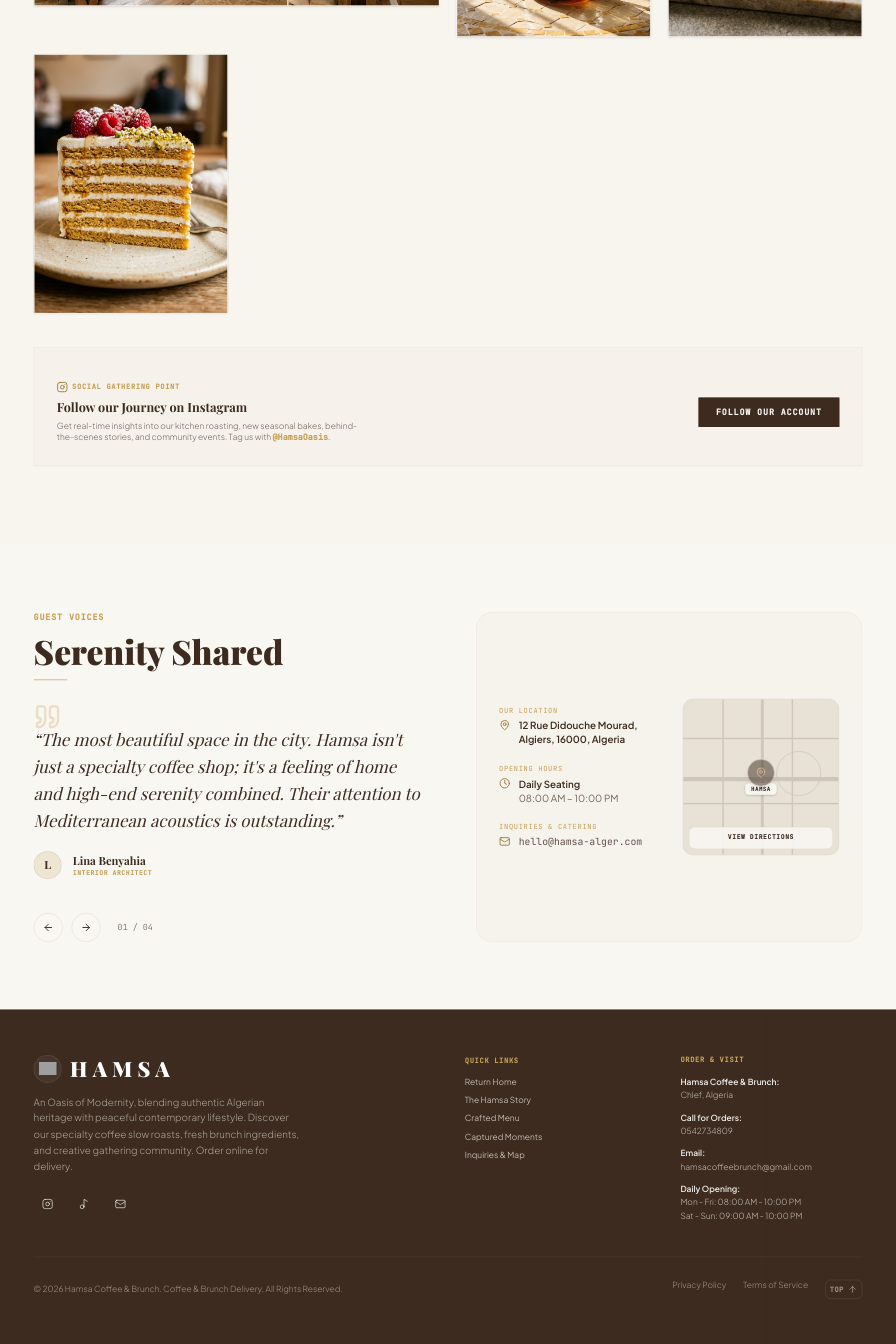
Repository: sehabiissam/hamsa-coffee
Page: /
An editor plug-in stored every save of this project. The page is shown before and after the next save, followed by the edit.
The browser window is 1280 px wide. The pictures show the part of the page from y = 3740 to 5660 px (the page is 5660 px tall), at 70% of full size.
Pictures or frames that could not be fetched are drawn as grey boxes. Some web fonts or font styles are not loaded; a fallback is used. The project was rebuilt for these pictures with package versions that can differ from the ones it lists, and the page was loaded fresh each time. Also part of the build but not shown: vite.config.ts, src/components/ContactSection.tsx.

Above is the page before, as saved 2026-06-13 18:12:38.

### index.html
<!doctype html>
<html lang="en">
  <head>
    <meta charset="UTF-8" />
    <meta name="viewport" content="width=device-width, initial-scale=1.0" />
    <meta name="description" content="Hamsa Coffee & Brunch – Coffee & Brunch Delivery in Chlef, Algeria. Order online for specialty coffee, artisan brunch, and premium delivery service." />
    <meta property="og:title" content="Hamsa Coffee & Brunch | Chlef, Algeria" />
    <meta property="og:description" content="Premium coffee and brunch delivery in Chlef, Algeria. Order online for artisan dishes, specialty coffee, and a taste of Algerian hospitality delivered to your door." />
    <meta property="og:type" content="website" />
    <meta property="og:url" content="https://hamsacoffee.com" />
    <meta property="og:image" content="https://www.image2url.com/r2/default/images/1781256952135-5d06d409-8c73-4a11-b0ec-98f0924d08d3.png" />
    <link rel="icon" type="image/png" href="https://www.image2url.com/r2/default/images/1781256952135-5d06d409-8c73-4a11-b0ec-98f0924d08d3.png" />
    <title>Hamsa Coffee & Brunch | Coffee & Brunch Delivery in Chlef</title>
    <script type="application/ld+json">
    {
      "@context": "https://schema.org",
      "@type": "Restaurant",
      "name": "Hamsa Coffee & Brunch",
      "image": "https://www.image2url.com/r2/default/images/1781256952135-5d06d409-8c73-4a11-b0ec-98f0924d08d3.png",
      "url": "https://hamsacoffee.com",
      "telephone": "+213542734809",
      "servesCuisine": ["Coffee", "Brunch", "Algerian", "Mediterranean"],
      "priceRange": "$$",
      "address": {
        "@type": "PostalAddress",
        "addressLocality": "Chlef",
        "addressCountry": "DZ"
      },
      "geo": {
        "@type": "GeoCoordinates",
        "latitude": "36.1618602",
        "longitude": "1.3284987"
      },
      "makesOffer": {
        "@type": "Offer",
        "itemOffered": {
          "@type": "Service",
          "name": "Coffee & Brunch Delivery",
          "description": "Order online for premium coffee and brunch delivery in Chlef, Algeria."
        }
      }
    }
    </script>
  </head>
  <body>
    <div id="root"></div>
    <script type="module" src="/src/main.tsx"></script>
  </body>
</html>

### src/main.tsx
import {StrictMode} from 'react';
import {createRoot} from 'react-dom/client';
import App from './App.tsx';
import './index.css';

createRoot(document.getElementById('root')!).render(
  <StrictMode>
    <App />
  </StrictMode>,
);

### src/index.css
@import url('https://fonts.googleapis.com/css2?family=Playfair+Display:ital,wght@0,400..900;1,400..900&family=Plus+Jakarta+Sans:wght@300;400;500;600;700&family=JetBrains+Mono:wght@300;400;500&display=swap');
@import "tailwindcss";

@layer base {
  :root {
    --color-cream: #F9F7F2;
    --color-beige: #E8E2D6;
    --color-sand: rgba(61, 43, 31, 0.1);
    --color-sand-dark: #C5A059;
    --color-espresso: #3D2B1F;
    --color-charcoal: #1A1A1A;
    --color-gold: #C5A059;
    --color-gold-light: #F0E9DC;
  }

  body {
    background-color: var(--color-cream);
    color: var(--color-espresso);
    font-family: 'Plus Jakarta Sans', sans-serif;
    overflow-x: hidden;
  }

  h1, h2, h3, h4, h5, h6 {
    font-family: 'Playfair Display', serif;
  }

  .font-mono {
    font-family: 'JetBrains Mono', monospace;
  }
}

@theme {
  --font-sans: "Plus Jakarta Sans", ui-sans-serif, system-ui, sans-serif;
  --font-serif: "Playfair Display", ui-serif, Georgia, serif;
  --font-mono: "JetBrains Mono", ui-monospace, SFMono-Regular, monospace;

  --color-cream: #F9F7F2;
  --color-beige: #E8E2D6;
  --color-sand: rgba(61, 43, 31, 0.1);
  --color-sand-dark: #C5A059;
  --color-espresso: #3D2B1F;
  --color-charcoal: #1A1A1A;
  --color-gold: #C5A059;
  --color-gold-muted: #9C7C3C;
  --color-gold-light: #F0E9DC;
}

/* Custom scrollbar to keep layout premium */
::-webkit-scrollbar {
  width: 6px;
}
::-webkit-scrollbar-track {
  background: #FDFBF7;
}
::-webkit-scrollbar-thumb {
  background: #C6AC8F;
  border-radius: 3px;
}
::-webkit-scrollbar-thumb:hover {
  background: #2C1A11;
}

/* Smooth motion elements */
.smooth-transition {
  transition: all 0.5s cubic-bezier(0.16, 1, 0.3, 1);
}

/* Soft gold glow */
.gold-glow {
  box-shadow: 0 0 15px rgba(212, 175, 55, 0.15);
}

.gold-border {
  border-color: rgba(212, 175, 55, 0.2);
}

/* Infinite Marquee Scrolling */
@keyframes marquee {
  0% { transform: translateX(0); }
  100% { transform: translateX(-50%); }
}

.animate-marquee {
  display: flex;
  width: max-content;
  animation: marquee 35s linear infinite;
}

### src/components/Features.tsx
/**
 * @license
 * SPDX-License-Identifier: Apache-2.0
 */

import { Coffee, GraduationCap, Compass, HelpCircle, Heart, Zap, Sparkles } from 'lucide-react';
import { motion } from 'motion/react';

export default function Features() {
  const cards = [
    {
      icon: Coffee,
      title: 'Direct Trade Beans',
      desc: 'We buy directly from high-altitude farmers in North Africa, East Africa, and Latin America, paying an average of 45% above Fair Trade rates to ensure ethical crops and unmatched micro-lot quality.',
    },
    {
      icon: Zap,
      title: 'Creative Hub',
      desc: 'An inspiring, sunlit environment meticulously arranged for modern nomads and creative minds. Features high-speed fiber-optic connections, abundant charging docks, and quiet acoustic zones.',
    },
    {
      icon: Compass,
      title: 'Sensory Design',
      desc: 'From custom-engineered acoustics that dampen chatter noise, to signature diffuses of orange blossom and jasmine oil, every corner is curated to provide a centering rest space.',
    },
  ];

  return (
    <section className="relative py-20 lg:py-24 bg-espresso text-cream overflow-hidden">
      {/* Tiny light particles background */}
      <div className="absolute inset-0 bg-[radial-gradient(ellipse_at_center,_var(--tw-gradient-stops))] from-charcoal/30 via-transparent to-transparent pointer-events-none" />

      {/* Traditional tile geometry lines in the background */}
      <div className="absolute top-0 bottom-0 left-0 right-0 opacity-[0.02] bg-[linear-gradient(rgba(253,251,247,0.1)_1px,transparent_1px),linear-gradient(90deg,rgba(253,251,247,0.1)_1px,transparent_1px)] bg-[size:48px_48px] pointer-events-none" />

      <div className="max-w-7xl mx-auto px-6 md:px-12 relative z-10">

        <div className="grid grid-cols-1 lg:grid-cols-12 gap-12 items-center">

          {/* Left block title */}
          <div className="lg:col-span-4 text-left space-y-4">
            <span className="font-mono text-xs text-gold tracking-widest uppercase font-semibold flex items-center gap-2">
              <Sparkles className="w-3.5 h-3.5" /> Est. 2024
            </span>
            <h2 className="font-serif text-3xl sm:text-4xl lg:text-5xl font-black text-white leading-tight">
              Why We Are <br />
              <span className="text-gold italic font-normal">Different</span>
            </h2>
            <p className="text-cream/70 text-sm md:text-base font-light leading-relaxed">
              Our uncompromising commitment to exceptional craftsmanship goes far beyond basic roasting. We cultivate an upscale space where North African culture and sensory modern luxury intersect beautifully.
            </p>
          </div>

          {/* Right cards grid */}
          <div className="lg:col-span-8 grid grid-cols-1 md:grid-cols-3 gap-6">
            {cards.map((card, idx) => {
              const IconComp = card.icon;
              return (
                <motion.div
                  key={idx}
                  initial={{ opacity: 0, y: 30 }}
                  whileInView={{ opacity: 1, y: 0 }}
                  viewport={{ once: true, margin: '-50px' }}
                  transition={{ duration: 0.6, delay: idx * 0.15 }}
                  className="bg-charcoal/40 border border-sand/10 p-6 md:p-8 rounded-2xl text-left hover:border-gold/30 hover:bg-charcoal/60 smooth-transition flex flex-col justify-between group h-full relative"
                >
                  {/* Glowing gold dot trend */}
                  <div className="absolute top-4 right-4 w-1.5 h-1.5 rounded-full bg-gold/10 group-hover:bg-gold opacity-0 group-hover:opacity-100 smooth-transition" />

                  <div className="space-y-4">
                    <div className="w-12 h-12 bg-cream/5 rounded-xl border border-sand/10 text-gold flex items-center justify-center group-hover:bg-gold group-hover:text-espresso smooth-transition">
                      <IconComp className="w-5 h-5" />
                    </div>
                    <h3 className="font-serif text-lg font-bold text-white group-hover:text-gold smooth-transition">
                      {card.title}
                    </h3>
                    <p className="text-cream/60 group-hover:text-cream/90 text-xs md:text-sm leading-relaxed font-light smooth-transition">
                      {card.desc}
                    </p>
                  </div>
                </motion.div>
              );
            })}
          </div>

        </div>

      </div>
    </section>
  );
}

### src/components/Testimonials.tsx
/**
 * @license
 * SPDX-License-Identifier: Apache-2.0
 */

import { useState } from 'react';
import { TESTIMONIALS } from '../data';
import { Quote, ArrowLeft, ArrowRight, MapPin, Clock, Mail, ShieldAlert, Sparkles } from 'lucide-react';
import { motion, AnimatePresence } from 'motion/react';

export default function Testimonials() {
  const [activeIdx, setActiveIdx] = useState(0);

  const prevSlide = () => {
    setActiveIdx(prev => (prev - 1 + TESTIMONIALS.length) % TESTIMONIALS.length);
  };

  const nextSlide = () => {
    setActiveIdx(prev => (prev + 1) % TESTIMONIALS.length);
  };

  return (
    <section className="py-20 lg:py-24 bg-cream relative overflow-hidden">
      <div className="max-w-7xl mx-auto px-6 md:px-12 relative z-10">

        <div className="grid grid-cols-1 lg:grid-cols-12 gap-12 lg:gap-20 items-stretch">

          {/* Left Column: Guest Carousel Reviews (matches image 1 layout) */}
          <div className="lg:col-span-6 flex flex-col justify-between text-left space-y-8">
            <div className="space-y-4">
              <span className="font-mono text-xs text-gold tracking-widest uppercase font-semibold block">Guest Voices</span>
              <h2 className="font-serif text-3xl sm:text-4xl lg:text-5xl font-black text-espresso">
                Serenity Shared
              </h2>
              <div className="w-12 h-0.5 bg-gold/50" />
            </div>

            {/* Testimonial Active Slide with quotes */}
            <div className="relative min-h-[160px] md:min-h-[180px] flex items-center">
              <AnimatePresence mode="wait">
                <motion.div
                  key={activeIdx}
                  initial={{ opacity: 0, x: 15 }}
                  animate={{ opacity: 1, x: 0 }}
                  exit={{ opacity: 0, x: -15 }}
                  transition={{ duration: 0.4 }}
                  className="space-y-6"
                >
                  <Quote className="w-10 h-10 text-gold/30 -mb-2" />
                  <p className="font-serif text-xl sm:text-2xl italic text-espresso leading-relaxed font-light">
                    &ldquo;{TESTIMONIALS[activeIdx].content}&rdquo;
                  </p>

                  {/* Speaker Details */}
                  <div className="flex items-center gap-4">
                    <div className="w-10 h-10 rounded-full bg-sand-dark/20 text-espresso font-serif flex items-center justify-center font-bold border border-sand">
                      {TESTIMONIALS[activeIdx].name.charAt(0)}
                    </div>
                    <div>
                      <h4 className="font-serif text-base font-bold text-espresso">
                        {TESTIMONIALS[activeIdx].name}
                      </h4>
                      <p className="font-mono text-[9px] text-gold tracking-widest uppercase font-semibold">
                        {TESTIMONIALS[activeIdx].role}
                      </p>
                    </div>
                  </div>
                </motion.div>
              </AnimatePresence>
            </div>

            {/* Carousel Controls */}
            <div className="flex items-center gap-3 pt-4">
              <button
                onClick={prevSlide}
                className="p-3 border border-sand hover:border-espresso hover:bg-beige text-espresso rounded-full smooth-transition cursor-pointer"
                aria-label="Previous testimonial"
              >
                <ArrowLeft className="w-4 h-4" />
              </button>
              <button
                onClick={nextSlide}
                className="p-3 border border-sand hover:border-espresso hover:bg-beige text-espresso rounded-full smooth-transition cursor-pointer"
                aria-label="Next testimonial"
              >
                <ArrowRight className="w-4 h-4" />
              </button>
              <span className="text-xs font-mono text-espresso/60 ml-3">
                0{activeIdx + 1} / 0{TESTIMONIALS.length}
              </span>
            </div>
          </div>

          {/* Right Column: Location Coordinates Block (matches image 1 layout) */}
          <div className="lg:col-span-6 bg-beige/20 border border-sand/40 rounded-3xl p-6 md:p-8 flex flex-col md:flex-row gap-6 lg:gap-8 items-center hover:shadow-lg smooth-transition">

            {/* Quick Location items */}
            <div className="space-y-6 text-left flex-1">
              <div>
                <span className="font-mono text-[10px] text-gold tracking-widest uppercase block mb-1">Our Location</span>
                <div className="flex gap-3">
                  <MapPin className="w-4 h-4 text-gold-muted mt-0.5 flex-shrink-0" />
                  <p className="text-sm font-semibold text-espresso">
                    12 Rue Didouche Mourad, <br />
                    Algiers, 16000, Algeria
                  </p>
                </div>
              </div>

              <div>
                <span className="font-mono text-[10px] text-gold tracking-widest uppercase block mb-1">Opening Hours</span>
                <div className="flex gap-3">
                  <Clock className="w-4 h-4 text-gold-muted mt-0.5 flex-shrink-0" />
                  <div className="text-sm">
                    <span className="font-semibold block text-espresso">Daily Seating</span>
                    <span className="text-espresso/70">08:00 AM – 10:00 PM</span>
                  </div>
                </div>
              </div>

              <div>
                <span className="font-mono text-[10px] text-gold tracking-widest uppercase block mb-1">Inquiries & Catering</span>
                <div className="flex gap-3">
                  <Mail className="w-4 h-4 text-gold-muted mt-0.5 flex-shrink-0" />
                  <span className="text-sm font-mono text-espresso/80">hello@hamsa-alger.com</span>
                </div>
              </div>
            </div>

            {/* Custom minimalist map visual drawn in high luxury aesthetic */}
            <div className="w-full md:w-56 aspect-square bg-beige rounded-2xl border border-sand/30 overflow-hidden relative flex items-center justify-center">
              {/* Absract minimalist street grid maps background overlay */}
              <div className="absolute inset-0 opacity-15 pointer-events-none">
                {/* Horizontal & Vertical crossing lines representing streets block */}
                <div className="absolute top-1/4 left-0 right-0 h-0.5 bg-espresso" />
                <div className="absolute top-2/3 left-0 right-0 h-0.5 bg-espresso" />
                <div className="absolute top-1/2 left-0 right-0 h-1.5 bg-espresso" />
                <div className="absolute left-1/4 top-0 bottom-0 w-0.5 bg-espresso" />
                <div className="absolute left-[70%] top-0 bottom-0 w-0.5 bg-espresso" />
                <div className="absolute left-1/2 top-0 bottom-0 w-1 bg-espresso" />
                {/* Circular park detail */}
                <div className="absolute top-1/3 left-[60%] w-16 h-16 rounded-full border border-espresso" />
              </div>

              {/* Central Map Marker */}
              <div className="relative z-10 flex flex-col items-center">
                <div className="w-10 h-10 rounded-full bg-espresso text-gold flex items-center justify-center shadow-lg border border-gold-light p-1.5 animate-pulse">
                  <MapPin className="w-4 h-4" />
                </div>
                <span className="font-mono bg-cream text-[8px] font-bold tracking-widest uppercase text-espresso px-2 py-0.5 border border-sand rounded-md -mt-1.5 shadow-sm">
                  HAMSA
                </span>
              </div>

              {/* Map Footer label */}
              <div className="absolute bottom-2 left-2 right-2 text-center">
                <a
                  href="https://maps.google.com"
                  target="_blank"
                  rel="noreferrer"
                  className="block w-full py-2 bg-cream/90 hover:bg-cream border border-sand text-[9px] font-mono tracking-widest uppercase font-extrabold text-espresso rounded-lg smooth-transition"
                >
                  View Directions
                </a>
              </div>
            </div>

          </div>

        </div>

      </div>
    </section>
  );
}

### src/components/MobileDock.tsx
/**
 * @license
 * SPDX-License-Identifier: Apache-2.0
 */

import { Home, Coffee, Image, MapPin, ShoppingBag } from 'lucide-react';
import { Page } from '../types';

interface MobileDockProps {
  currentPage: Page;
  setCurrentPage: (page: Page) => void;
  onOpenOrder: () => void;
}

export default function MobileDock({ currentPage, setCurrentPage, onOpenOrder }: MobileDockProps) {
  const dockItems: { label: string; page: Page; icon: any }[] = [
    { label: 'HOME', page: 'home', icon: Home },
    { label: 'MENU', page: 'menu', icon: Coffee },
    { label: 'GALLERY', page: 'gallery', icon: Image },
    { label: 'CONTACT', page: 'contact', icon: MapPin },
  ];

  const handleDockClick = (page: Page) => {
    setCurrentPage(page);
    window.scrollTo({ top: 0, behavior: 'smooth' });
  };

  return (
    <div className="md:hidden fixed bottom-6 left-4 right-4 z-40 bg-charcoal/95 backdrop-blur-md border border-white/10 rounded-2xl p-3 px-4 shadow-2xl flex justify-between items-center max-w-md mx-auto">
      {/* Home & Menu Left Actions */}
      <div className="flex gap-4 items-center w-5/12 justify-around">
        {dockItems.slice(0, 2).map(item => {
          const IconComp = item.icon;
          const isActive = currentPage === item.page;
          return (
            <button
              key={item.page}
              onClick={() => handleDockClick(item.page)}
              className="flex flex-col items-center gap-1 cursor-pointer"
            >
              <IconComp className={`w-5 h-5 smooth-transition ${isActive ? 'text-gold' : 'text-cream/55'}`} />
              <span className={`text-[8px] font-mono tracking-widest font-bold ${isActive ? 'text-gold' : 'text-cream/40'}`}>
                {item.label}
              </span>
            </button>
          );
        })}
      </div>

      {/* Raised Centerpiece Gilded Order Button */}
      <div className="absolute -top-5 left-1/2 -translate-x-1/2 flex flex-col items-center z-10">
        <button
          onClick={onOpenOrder}
          className="w-14 h-14 bg-cream text-espresso rounded-full border-4 border-charcoal hover:border-gold shadow-lg flex items-center justify-center p-3 cursor-pointer group smooth-transition active:scale-95"
          aria-label="Place your order"
        >
          <ShoppingBag className="w-5 h-5 text-gold-muted group-hover:scale-105 smooth-transition" />
        </button>
        <span className="text-[7px] font-mono tracking-widest font-black text-gold uppercase mt-1">
          ORDER
        </span>
      </div>

      {/* Spacer so floating button doesn't block text labels */}
      <div className="w-2/12" />

      {/* Gallery & Contact Right Actions */}
      <div className="flex gap-4 items-center w-5/12 justify-around">
        {dockItems.slice(2).map(item => {
          const IconComp = item.icon;
          const isActive = currentPage === item.page;
          return (
            <button
              key={item.page}
              onClick={() => handleDockClick(item.page)}
              className="flex flex-col items-center gap-1 cursor-pointer"
            >
              <IconComp className={`w-5 h-5 smooth-transition ${isActive ? 'text-gold' : 'text-cream/55'}`} />
              <span className={`text-[8px] font-mono tracking-widest font-bold ${isActive ? 'text-gold' : 'text-cream/40'}`}>
                {item.label}
              </span>
            </button>
          );
        })}
      </div>
    </div>
  );
}

Loaded but not shown: src/components/MenuSection.tsx (371 lines, source omitted); src/components/OrderModal.tsx (413 lines, source omitted); src/data.ts (290 lines, source omitted); src/components/GallerySection.tsx (226 lines, source omitted); src/components/Hero.tsx (204 lines, source omitted); src/components/Navbar.tsx (182 lines, source omitted); src/components/Footer.tsx (149 lines, source omitted); src/App.tsx (185 lines, source omitted); src/components/About.tsx (107 lines, source omitted)

After the next save:
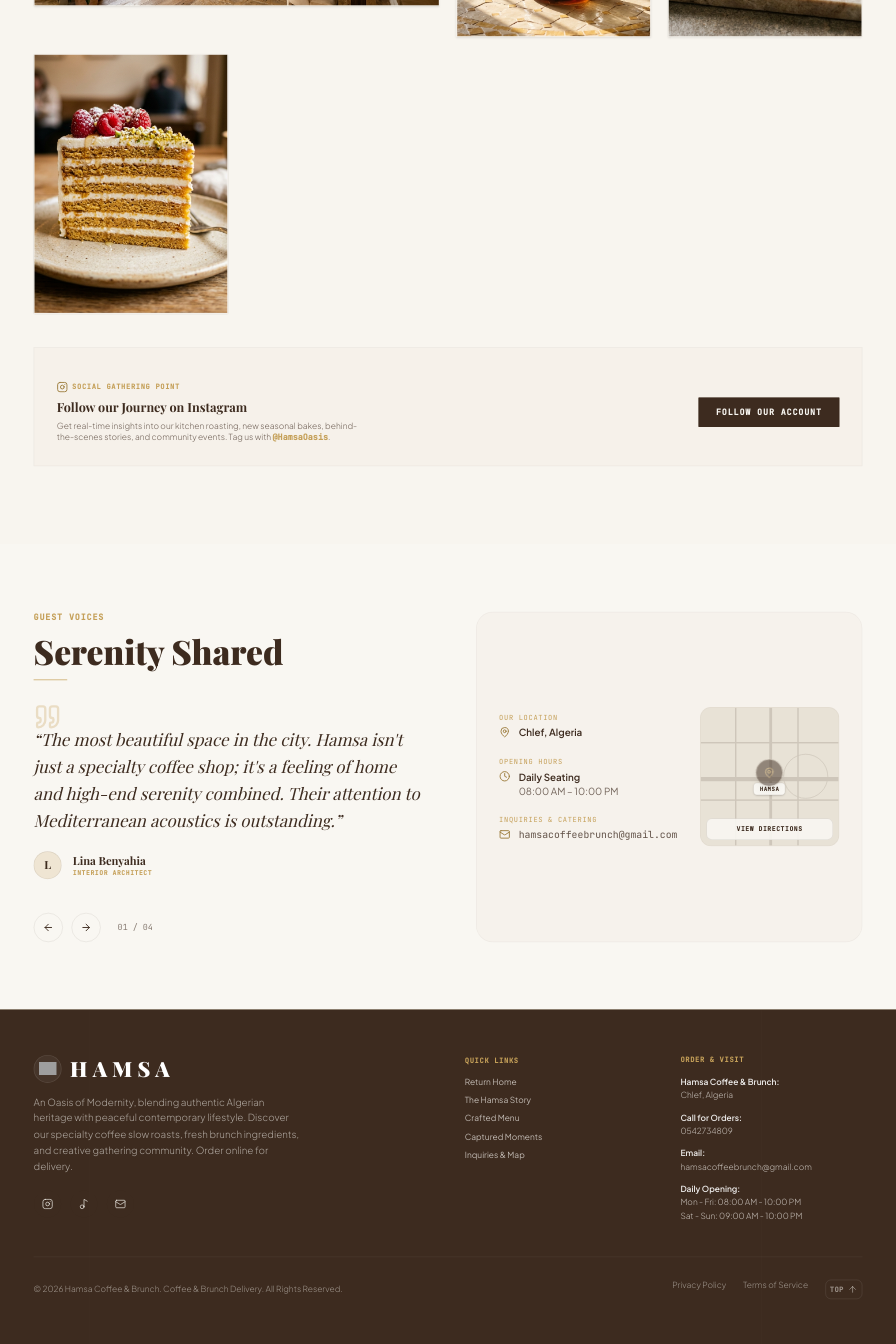
Saved 106 s later.
--- a/src/components/Testimonials.tsx
+++ b/src/components/Testimonials.tsx
@@ -101,8 +101,7 @@
                 <div className="flex gap-3">
                   <MapPin className="w-4 h-4 text-gold-muted mt-0.5 flex-shrink-0" />
                   <p className="text-sm font-semibold text-espresso">
-                    12 Rue Didouche Mourad, <br />
-                    Algiers, 16000, Algeria
+                    Chlef, Algeria
                   </p>
                 </div>
               </div>
@@ -122,7 +121,7 @@
                 <span className="font-mono text-[10px] text-gold tracking-widest uppercase block mb-1">Inquiries & Catering</span>
                 <div className="flex gap-3">
                   <Mail className="w-4 h-4 text-gold-muted mt-0.5 flex-shrink-0" />
-                  <span className="text-sm font-mono text-espresso/80">hello@hamsa-alger.com</span>
+                  <span className="text-sm font-mono text-espresso/80">hamsacoffeebrunch@gmail.com</span>
                 </div>
               </div>
             </div>
